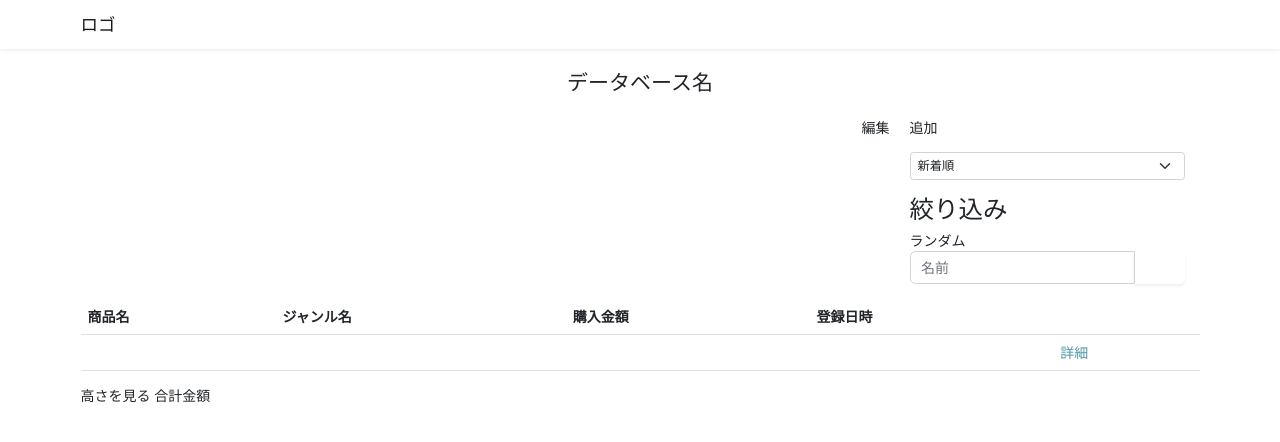
Repository: masa1228ew/original
Page: http://localhost/data/index
An editor plug-in stored every save of this project. The page is shown before and after the next save, followed by the edit.
The browser window is 1280 px wide. The pictures show the whole page.
The page is this project's Thymeleaf template; nobody is signed in. The template is opened directly, without the code that normally fills it, so the values that code supplies are empty.

Above is the page before, as saved 2025-01-15 02:08:35.

### original/original/src/main/resources/templates/data/index.html
<!DOCTYPE html>
<html xmlns:th="https://www.thymeleaf.org">
	<head>
<!--		  <div th:replace="~{fragment :: meta}"></div>   -->
 <meta charset="UTF-8">
       <meta name="viewport" content="width=device-width, initial-scale=1">
        <link href="https://cdn.jsdelivr.net/npm/bootstrap@5.2.3/dist/css/bootstrap.min.css" rel="stylesheet" integrity="sha384-rbsA2VBKQhggwzxH7pPCaAqO46MgnOM80zW1RWuH61DGLwZJEdK2Kadq2F9CUG65" crossorigin="anonymous">
           <link th:href="@{/css/style.css}" rel="stylesheet" >
		<title>データベース</title>
	</head>

	<body>
		<div class="wrapper">
			<nav class="navbar navbar-expand-md navbar-light bg-white shadow-sm ">
               <div class="container ">
                   <a class="navbar-brand" th:href="@{/}">
                       ロゴ
                   </a>
               </div>
           </nav>
			<main>
				<div class="container pt-4 pb-5">
					<div class="d-flex justify-content-center">
					<h1>データベース名</h1>

					</div>
					<div class=right>
				<div>
					<p>編集</p>
				</div>
					<div>
						<p>追加</p>
						<form method="get" class="mb-3 samuraitravel-sort-box">
                                     <input  type="hidden" name="keyword" >
                                     <input  type="hidden" name="area" >
                                     <input  type="hidden" name="price" >
                                     <select class="form-select form-select-sm" name="order" onChange="this.form.submit();">
                                         <option value="createdAtDesc" >新着順</option>
                                         <option value="priceAsc">宿泊料金が安い順</option>
                                     </select>
                                 </form>
                                 <h3>絞り込み</h3>
                                 <a>ランダム</a>
                                   <div class="input-group">
                                     <input type="text" class="form-control" name="keyword"  placeholder="名前">
                                     <button type="submit" class="btn text-white shadow-sm">検索</button>
                                 </div>
					</div>
					</div>

					<table class="table">
                               <thead>
                                   <tr>
                                       <th scope="col">商品名</th>
                                       <th scope="col">ジャンル名</th>
                                       <th scope="col">購入金額</th>
                                       <th scope="col">登録日時</th>
                                       <th scope="col"></th>
                                   </tr>
                               </thead>
                               <tbody>
                                   <tr >
                                       <td ></td>
                                        <td ></td>
                                         <td ></td>
                                          <td ></td>
                                       <td><a href="#">詳細</a></td>
                                   </tr>
                               </tbody>
                           </table>
                          <div>
                           <a>高さを見る</a>
                           <a>合計金額</a>
                          </div>
				</div>
			</main>
		</div>
	</body>
</html>

### original/original/src/main/resources/static/css/style.css
html {
 font-size: 14px;
}

@media (max-width: 768px) {
    .navbar-collapse {
        display: block !important;
        max-height: 0;
        overflow: hidden;
        transition: max-height 0.3s ease-in-out;
    }

     select[name="categoryId"] {
    flex-grow: 1;
    width: 100%;
  }

}

    .navbar-collapse.show {
        max-height: 500px; /* 必要に応じて調整 */
    }
}

body {
 font-family: 'Noto Sans JP', sans-serif;
}

h1 {
 font-size: 1.5rem;
}

a {
 color: #5196a6;
 text-decoration: none !important;
}

a:hover {
   color: #407784;
}

.wrapper {
 min-height: 100vh;
 position: relative;
 padding-bottom: 60px;
 box-sizing: border-box;
}

.right{
	display: flex;
	justify-content: flex-end;
	padding: 5px;

}

.right>div{

    padding: 5px;

    margin: 5px;
}

.btn-color{
	background-color: gray;
}

After the next save:
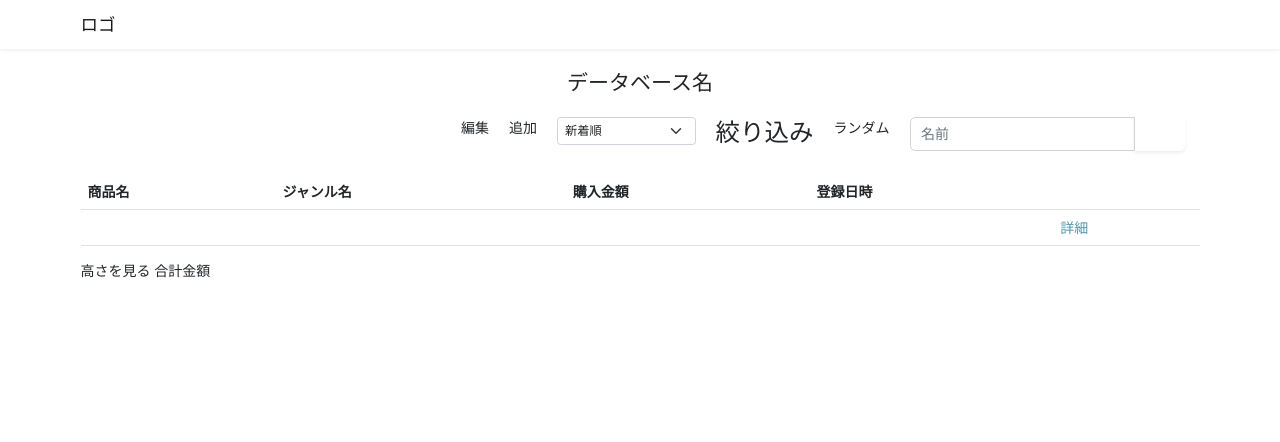
Saved 2 min 23 s later.
--- a/original/original/src/main/resources/templates/data/index.html
+++ b/original/original/src/main/resources/templates/data/index.html
@@ -30,6 +30,8 @@
 				</div>
 					<div>
 						<p>追加</p>
+					</div>
+					<div>
 						<form method="get" class="mb-3 samuraitravel-sort-box">
                                      <input  type="hidden" name="keyword" >
                                      <input  type="hidden" name="area" >
@@ -39,13 +41,20 @@
                                          <option value="priceAsc">宿泊料金が安い順</option>
                                      </select>
                                  </form>
-                                 <h3>絞り込み</h3>
+					</div>
+					<div>
+	                                  <h3>絞り込み</h3>
+					</div>
+					<div>
                                  <a>ランダム</a>
+					</div>
+					<div>
                                    <div class="input-group">
                                      <input type="text" class="form-control" name="keyword"  placeholder="名前">
                                      <button type="submit" class="btn text-white shadow-sm">検索</button>
                                  </div>
 					</div>
+
 					</div>
 
 					<table class="table">
